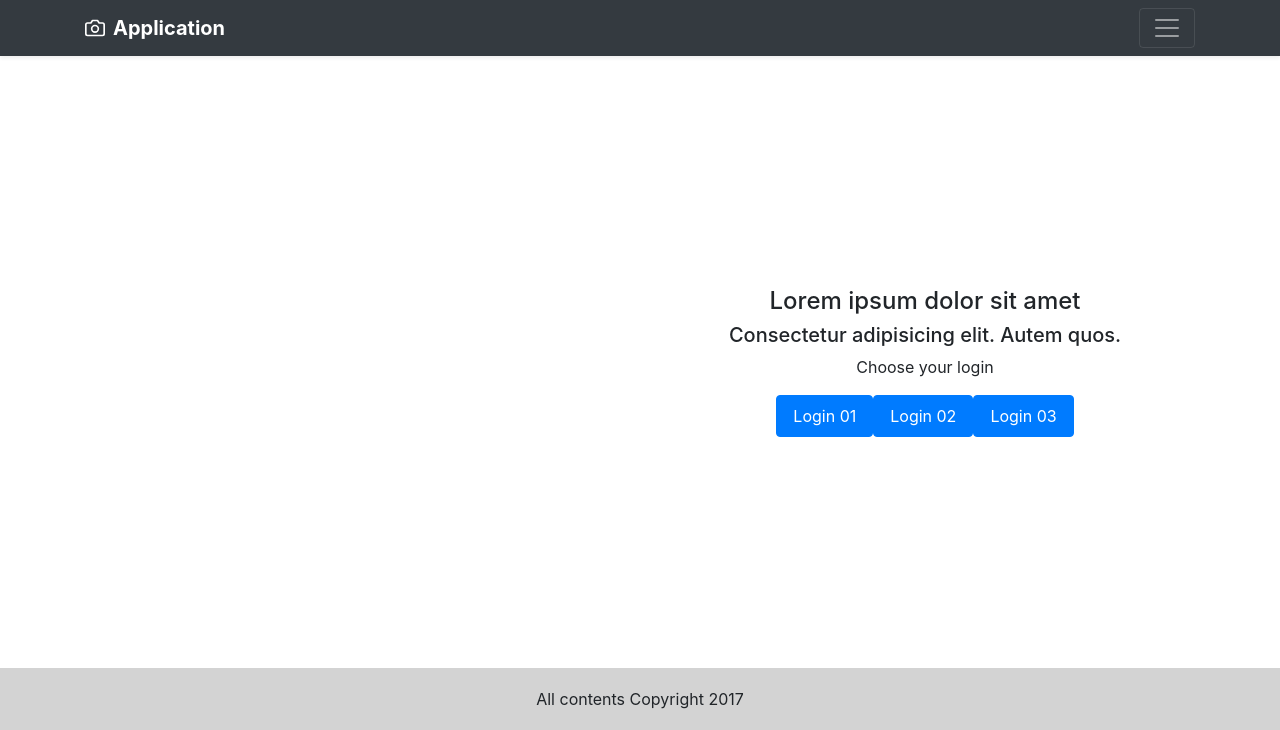
Repository: bijoysen/angular7-landing-login
Page: /
These files come from the project's save history. The page is drawn as it stood at one moment and after the next save; the edit follows.
The browser window is 1280 px wide. The pictures show the whole page.
The project was rebuilt for these pictures with package versions that can differ from the ones it lists, and the page was loaded fresh each time. Also part of the build but not shown: angular.json, src/app/pre/login-one/login-one.component.ts, src/app/pre/login-two/login-two.component.ts, src/app/pre/login-three/login-three.component.ts.

Above is the page before, as saved 2018-12-17 19:00:46.

After the next save:
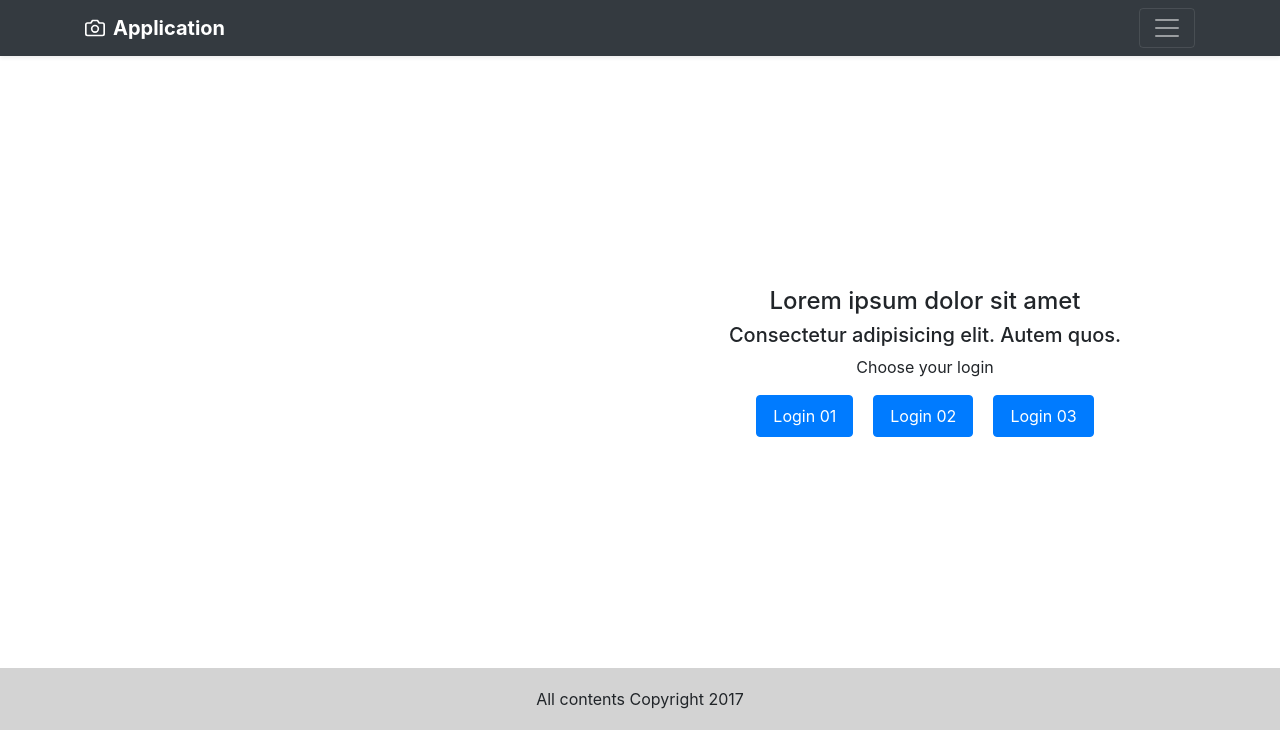
Saved 2 min 9 s later.
--- a/src/app/pre/landing/landing.component.scss
+++ b/src/app/pre/landing/landing.component.scss
@@ -2,4 +2,9 @@
     > .container > .row {
         height: 85vh;
     }
+    .accountsArea {
+        li {
+            margin: 0 10px;
+        }
+    }
 }
